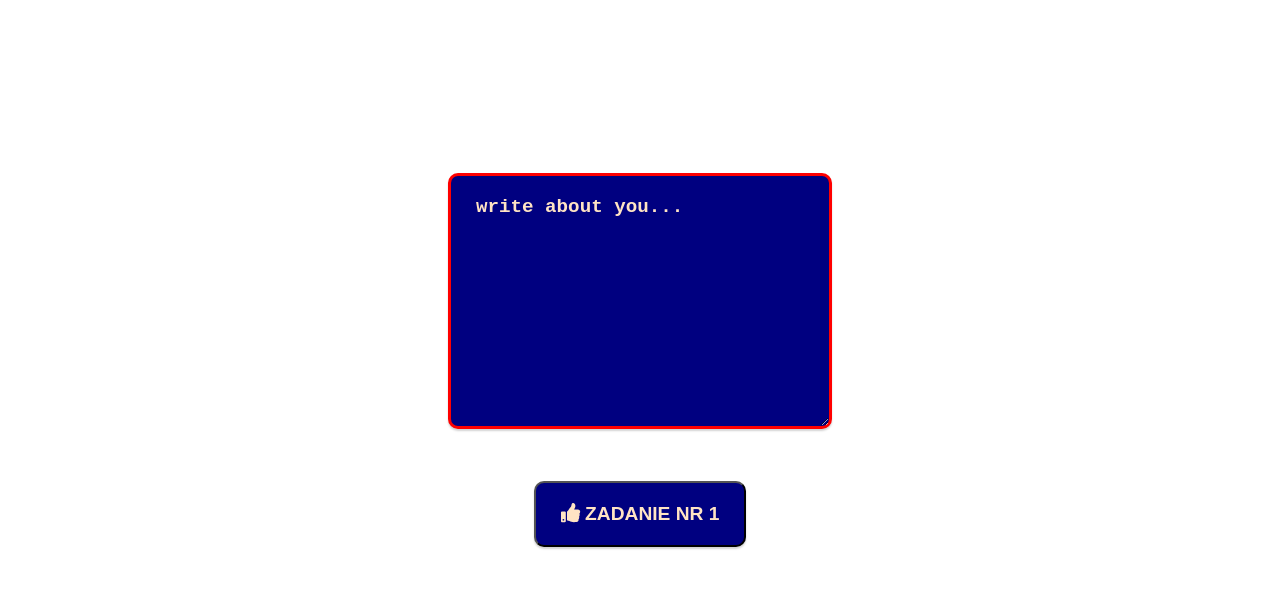
Repository: KrzysKolo/sr_tydzien3_zad_1_2_3
Page: /
An editor plug-in stored every save of this project. The page is shown before and after the next save, followed by the edit.
The browser window is 1280 px wide. The pictures show the whole page.
The project was rebuilt for these pictures with package versions that can differ from the ones it lists, and the page was loaded fresh each time.

Above is the page before, as saved 2020-11-02 16:46:24.

After the next save:
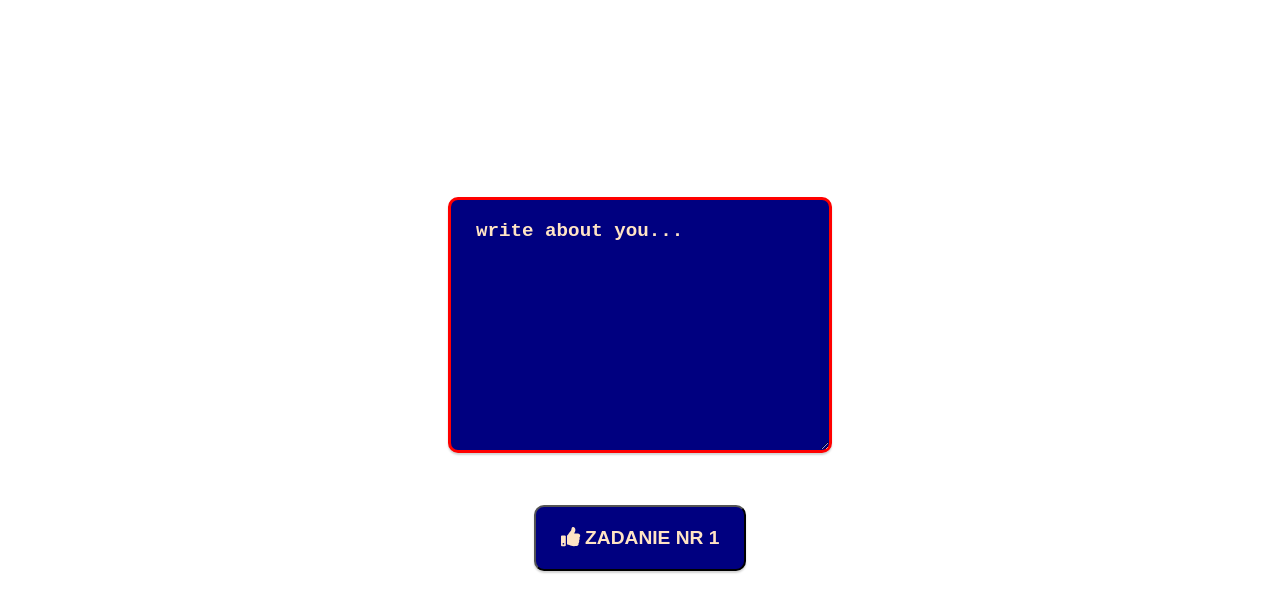
Saved 29 s later.
--- a/src/components/Form/Textarea.js
+++ b/src/components/Form/Textarea.js
@@ -12,7 +12,7 @@ const Textarea = ({value, color, bgColor, borderSize, borderRadius, borderColor}
     font-weight: bold;
     font-size: 1.2rem;
     height: 20vw;
-    margin-bottom: 3rem;
+    margin: 3rem auto;
     outline: 0;
     padding: 20px 25px;
     width: 30vw;
